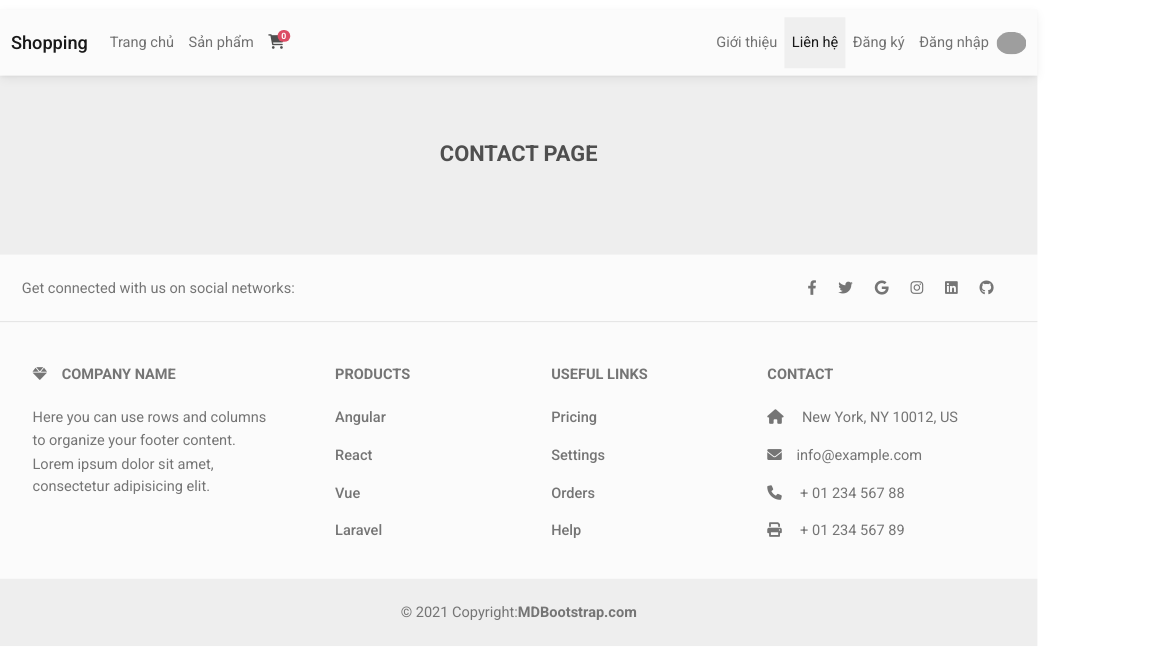
Repository: TinhTT336/MD02_Session10
Page: /contact
The author's editor kept a copy of each file at every save. The page is drawn from the files as they stood at one save, then again after the next save.
The browser window is 1280 px wide. The pictures show the whole page, at 91% of full size.
Pictures or frames that could not be fetched are drawn as grey boxes. Some web libraries are served in a nearby version. The project was rebuilt for these pictures with package versions that can differ from the ones it lists, and the page was loaded fresh each time. Also part of the build but not shown: vite.config.js, src/pages/Home.jsx, src/common/formatMoney.js, src/actions/cartActions.js, src/pages/ListProduct.jsx, src/pages/Cart.jsx, src/pages/About.jsx, src/pages/Register.jsx and 2 more.

Above is the page before, as saved 2023-09-08 13:53:39.

### index.html
<!DOCTYPE html>
<html lang="en">
  <head>
    <meta charset="UTF-8" />
    <link rel="icon" type="image/svg+xml" href="/vite.svg" />
    <meta name="viewport" content="width=device-width, initial-scale=1.0" />
    <title>Vite + React</title>
    <!-- Font Awesome -->
    <link
      href="https://cdnjs.cloudflare.com/ajax/libs/font-awesome/6.0.0/css/all.min.css"
      rel="stylesheet"
    />
    <!-- Google Fonts -->
    <link
      href="https://fonts.googleapis.com/css?family=Roboto:300,400,500,700&display=swap"
      rel="stylesheet"
    />
    <!-- MDB -->
    <link
      href="https://cdnjs.cloudflare.com/ajax/libs/mdb-ui-kit/6.4.1/mdb.min.css"
      rel="stylesheet"
    />
  </head>
  <body>
    <div id="root"></div>
    <script type="module" src="/src/main.jsx"></script>
    <script
      type="text/javascript"
      src="https://cdnjs.cloudflare.com/ajax/libs/mdb-ui-kit/6.4.1/mdb.min.js"
    ></script>
  </body>
</html>

### src/main.jsx
import React from 'react'
import ReactDOM from 'react-dom/client'
import App from './App.jsx'
import './index.css'
import { BrowserRouter } from 'react-router-dom'
import { Provider } from 'react-redux'
import { createStore } from 'redux'
import { reducer } from './reducers/index.js'

const store = createStore(reducer)
ReactDOM.createRoot(document.getElementById('root')).render(
  <React.StrictMode>
    <BrowserRouter>
      <Provider store={store}>
        <App />
      </Provider>
    </BrowserRouter>
  </React.StrictMode>,
)

### src/App.jsx

import { Route, Routes, useLocation } from 'react-router-dom'
import './App.css'
import Home from './pages/Home'
import ListProduct from './pages/ListProduct'
import Cart from './pages/Cart'
import About from './pages/About'
import Contact from './pages/Contact'
import Register from './pages/Register'
import Login from './pages/Login'
import ProductDetail from './pages/ProductDetail'
import { useEffect } from 'react'

function App() {
  const location = useLocation();
  useEffect(() => {
    window.scrollTo({ top: 0, behavior: "smooth" });
  }, [location.pathname])
  return (
    <>
      <Routes>
        <Route path='/' element={<Home />}></Route>
        <Route path='/list-product' element={<ListProduct />}></Route>
        <Route path='/product/:id' element={<ProductDetail />}></Route>
        <Route path='/cart' element={<Cart />}></Route>
        <Route path='/about' element={<About />}></Route>
        <Route path='/contact' element={<Contact />}></Route>
        <Route path='/register' element={<Register />}></Route>
        <Route path='/login' element={<Login />}></Route>
        <Route path='/product-detail' element={<ProductDetail />}></Route>
      </Routes>
    </>
  )
}

export default App

### src/reducers/index.js
import { combineReducers } from "redux";
import { listProduct } from "./listProduct";
import { listCart } from "./listCart";

export const reducer = combineReducers({ listProduct, listCart });

### src/App.css
* {
  margin: 0;
  padding: 0;
  box-sizing: border-box;
}
.active {
  background-color: #efefef;
}
body {
  max-width: 90%;
  margin: 0 auto;
}

.nav-item .nav-link {
  padding: 15px;
}

.fa-cart-shopping {
  position: relative;
}

.fa-cart-shopping + span {
  position: absolute;
  top: -10px;
  right: -10px;
  background-color: red;
  color: white;
  border-radius: 50%;
  padding: 5px 10px;
}

### src/pages/Contact.jsx
import React from 'react'
import Navbar from '../layouts/Navbar'
import Footer from '../layouts/Footer'

export default function Contact() {
    return (
        <div>
            <Navbar />
            <section style={{ backgroundColor: "#eee" }}>
                <div className="text-center container py-5">
                    <h4 className="mt-4 mb-5">
                        <strong>CONTACT PAGE</strong>
                    </h4>
                </div>
            </section>
            <Footer />
        </div>
    )
}

### src/reducers/listProduct.js
import products from "../data/products.json";
export const listProduct = (state = products, action) => {
  return state;
};

### src/reducers/listCart.js
import {
  ACT_ADD_CART,
  ACT_DECREASE,
  ACT_DELETE,
  ACT_INCREASE,
} from "../contrains/actionTypes";

const initialState = JSON.parse(localStorage.getItem("carts")) || [];
const saveDataLocal = (arr) => {
  localStorage.setItem("carts", JSON.stringify(arr));
};

/**
 * ham lay ra vi tri cua product trong listProduct
 * @param {*} id id can kiem tra
 * @param {*} arr mang can kiem tra
 * @returns neu tim thay ban ghi thi tra ra vi tri, neu khong tra ra -1
 * Author: TinhTT(08/09/2023)
 */
const findIndexProduct = (id, arr) => {
  const productIndex = arr.findIndex((p) => p.product_id === id);
  return productIndex;
};
export const listCart = (state = initialState, action) => {
  switch (action.type) {
    case ACT_ADD_CART:
      //b1:clone mang cu
      const newCarts = [...state];
      // vi tri can lay
      const indexProduct = findIndexProduct(
        action.payload.product_id,
        newCarts
      );
      // b2: kiem tra san pham da ton tai torng gio hang chua?
      if (indexProduct !== -1) {
        // neu da ton tai thi tang so luong
        newCarts[indexProduct].quantity += 1;
        // b3: luu giu lieu len local
        saveDataLocal(newCarts);
        // b4: return mang moi
        return newCarts;
      } else {
        // neu chua thi them vao gio hang
        const newAddCarts = [...state, { ...action.payload, quantity: 1 }];
        // b3: luu giu lieu len local
        saveDataLocal(newAddCarts);
        // b4: return mang moi
        return newAddCarts;
      }
    case ACT_DECREASE:
      // clone ra mang moi
      const newArr = [...state];
      // tim vi tri san pham
      const indexProductDecrease = findIndexProduct(action.payload, newArr);
      // neu so luong sp lon hon 0 thi giam di
      if (newArr[indexProductDecrease].quantity > 1) {
        newArr[indexProductDecrease].quantity -= 1;
        saveDataLocal(newArr);
        return newArr;
      } else {
        // neu so luong bang 0 thi clear khoi gio hang
        //cach 1:
        // newArr.splice(indexProductDecrease, 1);
        // saveDataLocal(newArr);
        // return newArr;

        // cach 2:
        const productFilter = newArr.filter(
          (p) => p.product_id !== action.payload
        );
        saveDataLocal(productFilter);
        return productFilter;
      }
    case ACT_INCREASE:
      // tim vi tri san pham
      const indexProductIncrease = findIndexProduct(action.payload, state);
      // clone ra mang moi
      const newArrIncrease = [...state];
      newArrIncrease[indexProductIncrease].quantity += 1;
      saveDataLocal(newArrIncrease);
      return newArrIncrease;
    case ACT_DELETE:
      // clone ra mang moi
      const newArrDelete = [...state];
      // loc ra cac san pham co id khac voi id cua sp can xoa
      const newArrAfterDelete = newArrDelete.filter(
        (p) => p.product_id !== action.payload
      );
      // luu giu lieu len local
      saveDataLocal(newArrAfterDelete);
      // return mang moi
      return newArrAfterDelete;
    default:
      return state;
  }
};

### src/layouts/Navbar.jsx
import React from 'react'
import { useSelector } from 'react-redux'
import { Link, NavLink } from 'react-router-dom'

export default function Navbar() {
    const carts = useSelector(cart => cart.listCart);
    return (
        <div>
            <>
                {/* Navbar start */}
                {/* Navbar */}
                <nav className="navbar navbar-expand-lg navbar-light bg-light">
                    {/* Container wrapper */}
                    <div className="container-fluid">
                        {/* Toggle button */}
                        <button
                            className="navbar-toggler"
                            type="button"
                            data-mdb-toggle="collapse"
                            data-mdb-target="#navbarSupportedContent"
                            aria-controls="navbarSupportedContent"
                            aria-expanded="false"
                            aria-label="Toggle navigation"
                        >
                            <i className="fas fa-bars" />
                        </button>
                        {/* Collapsible wrapper */}
                        <div className="collapse navbar-collapse" id="navbarSupportedContent">
                            {/* Navbar brand */}
                            <a className="navbar-brand mt-2 mt-lg-0" >
                                {" "}
                                Shopping{" "}
                            </a>
                            {/* Left links */}
                            <ul className="navbar-nav me-auto mb-2 mb-lg-0">
                                <li className="nav-item">
                                    <NavLink to={"/"} className="nav-link" >
                                        Trang chủ
                                    </NavLink>
                                </li>
                                <li className="nav-item">
                                    <NavLink to={"/list-product"} className="nav-link" >
                                        Sản phẩm
                                    </NavLink>
                                </li>
                                <li className="nav-item">
                                    {/* Icon */}
                                    <Link to={"/cart"} className="text-reset me-3 nav-link" >
                                        <i className="fas fa-shopping-cart" />
                                        <span className="badge rounded-pill badge-notification bg-danger">
                                            {carts.length}
                                        </span>
                                    </Link>
                                </li>
                            </ul>
                            {/* Left links */}
                        </div>
                        {/* Collapsible wrapper */}
                        {/* Right elements */}
                        <div className="d-flex align-items-center">
                            <ul className="navbar-nav me-auto mb-2 mb-lg-0">
                                <li className="nav-item">
                                    <NavLink to={"/about"} className="nav-link" >
                                        Giới thiệu
                                    </NavLink>
                                </li>
                                <li className="nav-item">
                                    <NavLink to={"/contact"} className="nav-link" >
                                        Liên hệ
                                    </NavLink>
                                </li>
                                <li className="nav-item">
                                    <NavLink to={"/register"} className="nav-link" >
                                        Đăng ký
                                    </NavLink>
                                </li>
                                <li className="nav-item">
                                    <NavLink to={"/login"} className="nav-link" >
                                        Đăng nhập
                                    </NavLink>
                                </li>
                            </ul>
                            {/* Avatar */}
                            <div className="dropdown">
                                <a
                                    className="dropdown-toggle d-flex align-items-center hidden-arrow"

                                    id="navbarDropdownMenuAvatar"
                                    role="button"
                                    data-mdb-toggle="dropdown"
                                    aria-expanded="false"
                                >
                                    <img
                                        src="https://mdbcdn.b-cdn.net/img/new/avatars/2.webp"
                                        className="rounded-circle"
                                        height={25}
                                        alt="Black and White Portrait of a Man"
                                        loading="lazy"
                                    />
                                </a>
                                <ul
                                    className="dropdown-menu dropdown-menu-end"
                                    aria-labelledby="navbarDropdownMenuAvatar"
                                >
                                    <li>
                                        <a className="dropdown-item" >
                                            My profile
                                        </a>
                                    </li>
                                    <li>
                                        <a className="dropdown-item" >
                                            Settings
                                        </a>
                                    </li>
                                    <li>
                                        <a className="dropdown-item" >
                                            Logout
                                        </a>
                                    </li>
                                </ul>
                            </div>
                        </div>
                        {/* Right elements */}
                    </div>
                    {/* Container wrapper */}
                </nav>
                {/* Navbar end */}
            </>

        </div>
    )
}

### src/layouts/Footer.jsx
import React from 'react'

export default function Footer() {
    return (
        <>
            <>
                {/* Footer start */}
                {/* Footer */}
                <footer className="text-center text-lg-start bg-light text-muted">
                    {/* Section: Social media */}
                    <section className="d-flex justify-content-center justify-content-lg-between p-4 border-bottom">
                        {/* Left */}
                        <div className="me-5 d-none d-lg-block">
                            <span>Get connected with us on social networks:</span>
                        </div>
                        {/* Left */}
                        {/* Right */}
                        <div>
                            <a href="" className="me-4 text-reset">
                                <i className="fab fa-facebook-f" />
                            </a>
                            <a href="" className="me-4 text-reset">
                                <i className="fab fa-twitter" />
                            </a>
                            <a href="" className="me-4 text-reset">
                                <i className="fab fa-google" />
                            </a>
                            <a href="" className="me-4 text-reset">
                                <i className="fab fa-instagram" />
                            </a>
                            <a href="" className="me-4 text-reset">
                                <i className="fab fa-linkedin" />
                            </a>
                            <a href="" className="me-4 text-reset">
                                <i className="fab fa-github" />
                            </a>
                        </div>
                        {/* Right */}
                    </section>
                    {/* Section: Social media */}
                    {/* Section: Links  */}
                    <section className="">
                        <div className="container text-center text-md-start mt-5">
                            {/* Grid row */}
                            <div className="row mt-3">
                                {/* Grid column */}
                                <div className="col-md-3 col-lg-4 col-xl-3 mx-auto mb-4">
                                    {/* Content */}
                                    <h6 className="text-uppercase fw-bold mb-4">
                                        <i className="fas fa-gem me-3" />
                                        Company name
                                    </h6>
                                    <p>
                                        Here you can use rows and columns to organize your footer content.
                                        Lorem ipsum dolor sit amet, consectetur adipisicing elit.
                                    </p>
                                </div>
                                {/* Grid column */}
                                {/* Grid column */}
                                <div className="col-md-2 col-lg-2 col-xl-2 mx-auto mb-4">
                                    {/* Links */}
                                    <h6 className="text-uppercase fw-bold mb-4">Products</h6>
                                    <p>
                                        <a href="#!" className="text-reset">
                                            Angular
                                        </a>
                                    </p>
                                    <p>
                                        <a href="#!" className="text-reset">
                                            React
                                        </a>
                                    </p>
                                    <p>
                                        <a href="#!" className="text-reset">
                                            Vue
                                        </a>
                                    </p>
                                    <p>
                                        <a href="#!" className="text-reset">
                                            Laravel
                                        </a>
                                    </p>
                                </div>
                                {/* Grid column */}
                                {/* Grid column */}
                                <div className="col-md-3 col-lg-2 col-xl-2 mx-auto mb-4">
                                    {/* Links */}
                                    <h6 className="text-uppercase fw-bold mb-4">Useful links</h6>
                                    <p>
                                        <a href="#!" className="text-reset">
                                            Pricing
                                        </a>
                                    </p>
                                    <p>
                                        <a href="#!" className="text-reset">
                                            Settings
                                        </a>
                                    </p>
                                    <p>
                                        <a href="#!" className="text-reset">
                                            Orders
                                        </a>
                                    </p>
                                    <p>
                                        <a href="#!" className="text-reset">
                                            Help
                                        </a>
                                    </p>
                                </div>
                                {/* Grid column */}
                                {/* Grid column */}
                                <div className="col-md-4 col-lg-3 col-xl-3 mx-auto mb-md-0 mb-4">
                                    {/* Links */}
                                    <h6 className="text-uppercase fw-bold mb-4">Contact</h6>
                                    <p>
                                        <i className="fas fa-home me-3" /> New York, NY 10012, US
                                    </p>
                                    <p>
                                        <i className="fas fa-envelope me-3" />
                                        info@example.com
                                    </p>
                                    <p>
                                        <i className="fas fa-phone me-3" /> + 01 234 567 88
                                    </p>
                                    <p>
                                        <i className="fas fa-print me-3" /> + 01 234 567 89
                                    </p>
                                </div>
                                {/* Grid column */}
                            </div>
                            {/* Grid row */}
                        </div>
                    </section>
                    {/* Section: Links  */}
                    {/* Copyright */}
                    <div
                        className="text-center p-4"
                        style={{ backgroundColor: "rgba(0, 0, 0, 0.05)" }}
                    >
                        © 2021 Copyright:
                        <a className="text-reset fw-bold" href="https://mdbootstrap.com/">
                            MDBootstrap.com
                        </a>
                    </div>
                    {/* Copyright */}
                </footer>
                {/* Footer */}
                {/* Footer end */}
            </>

        </ >
    )
}

### src/contrains/actionTypes.js
export const ACT_ADD_CART = "add";
export const ACT_DECREASE = "decrease";
export const ACT_INCREASE = "increase";
export const ACT_DELETE = "delete";

Loaded but not shown: src/index.css (common file); src/data/products.json (44 lines, source omitted)

After the next save:
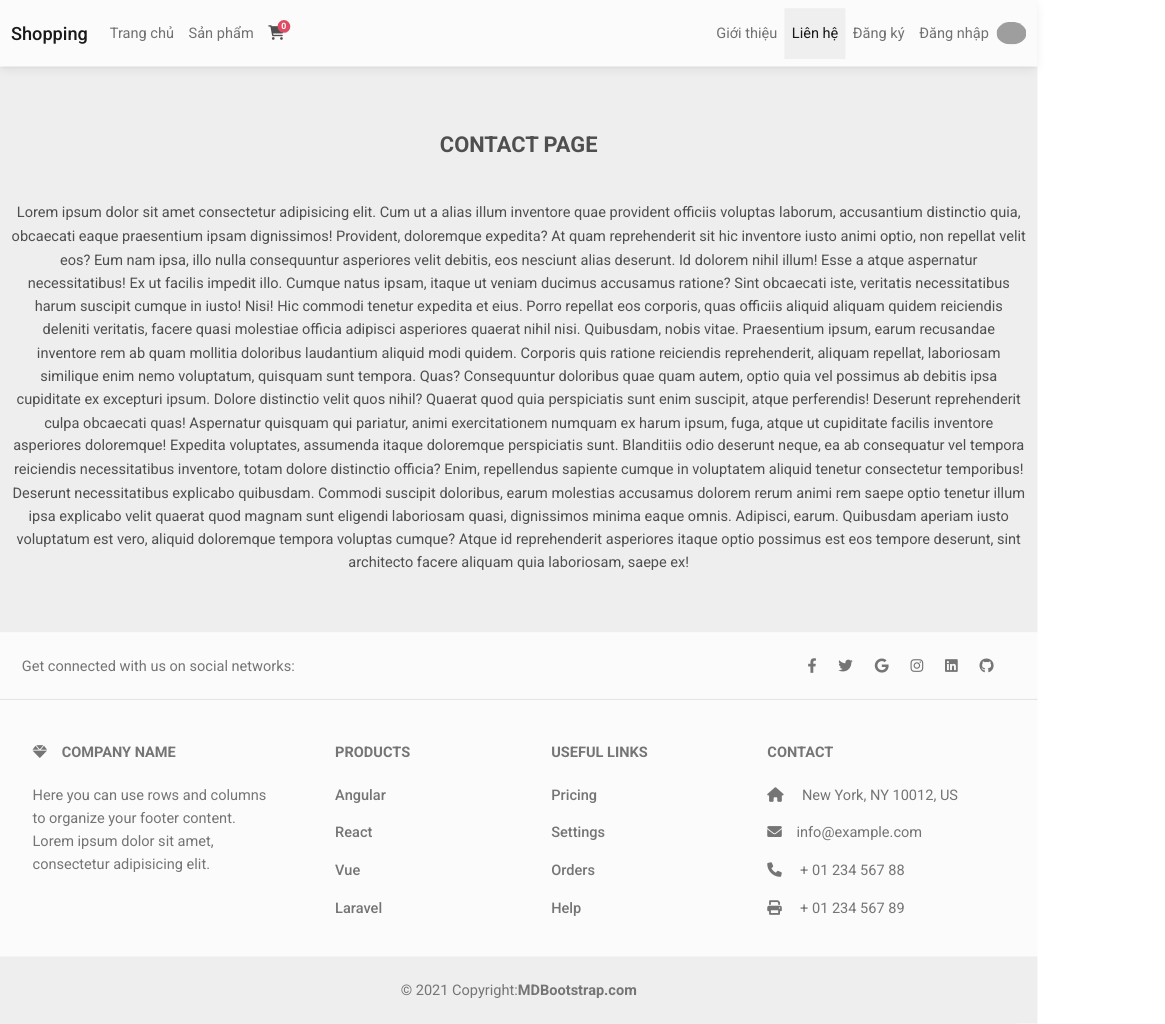
Saved 2 min 2 s later.
--- a/src/pages/Contact.jsx
+++ b/src/pages/Contact.jsx
@@ -11,6 +11,16 @@ export default function Contact() {
                     <h4 className="mt-4 mb-5">
                         <strong>CONTACT PAGE</strong>
                     </h4>
+                    <p>Lorem ipsum dolor sit amet consectetur adipisicing elit. Cum ut a alias illum inventore quae provident officiis voluptas laborum, accusantium distinctio quia, obcaecati eaque praesentium ipsam dignissimos! Provident, doloremque expedita?
+                        At quam reprehenderit sit hic inventore iusto animi optio, non repellat velit eos? Eum nam ipsa, illo nulla consequuntur asperiores velit debitis, eos nesciunt alias deserunt. Id dolorem nihil illum!
+                        Esse a atque aspernatur necessitatibus! Ex ut facilis impedit illo. Cumque natus ipsam, itaque ut veniam ducimus accusamus ratione? Sint obcaecati iste, veritatis necessitatibus harum suscipit cumque in iusto! Nisi!
+                        Hic commodi tenetur expedita et eius. Porro repellat eos corporis, quas officiis aliquid aliquam quidem reiciendis deleniti veritatis, facere quasi molestiae officia adipisci asperiores quaerat nihil nisi. Quibusdam, nobis vitae.
+                        Praesentium ipsum, earum recusandae inventore rem ab quam mollitia doloribus laudantium aliquid modi quidem. Corporis quis ratione reiciendis reprehenderit, aliquam repellat, laboriosam similique enim nemo voluptatum, quisquam sunt tempora. Quas?
+                        Consequuntur doloribus quae quam autem, optio quia vel possimus ab debitis ipsa cupiditate ex excepturi ipsum. Dolore distinctio velit quos nihil? Quaerat quod quia perspiciatis sunt enim suscipit, atque perferendis!
+                        Deserunt reprehenderit culpa obcaecati quas! Aspernatur quisquam qui pariatur, animi exercitationem numquam ex harum ipsum, fuga, atque ut cupiditate facilis inventore asperiores doloremque! Expedita voluptates, assumenda itaque doloremque perspiciatis sunt.
+                        Blanditiis odio deserunt neque, ea ab consequatur vel tempora reiciendis necessitatibus inventore, totam dolore distinctio officia? Enim, repellendus sapiente cumque in voluptatem aliquid tenetur consectetur temporibus! Deserunt necessitatibus explicabo quibusdam.
+                        Commodi suscipit doloribus, earum molestias accusamus dolorem rerum animi rem saepe optio tenetur illum ipsa explicabo velit quaerat quod magnam sunt eligendi laboriosam quasi, dignissimos minima eaque omnis. Adipisci, earum.
+                        Quibusdam aperiam iusto voluptatum est vero, aliquid doloremque tempora voluptas cumque? Atque id reprehenderit asperiores itaque optio possimus est eos tempore deserunt, sint architecto facere aliquam quia laboriosam, saepe ex!</p>
                 </div>
             </section>
             <Footer />
